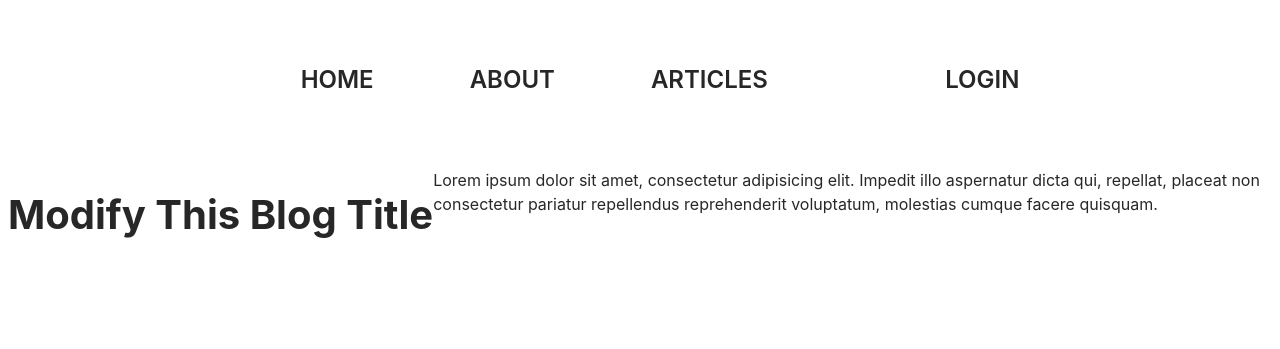
Repository: ValGrace/-static-site
Page: /home (app in client/)
An editor plug-in stored every save of this project. The page is shown before and after the next save, followed by the edit.
The browser window is 1280 px wide. The pictures show the whole page.
The project was rebuilt for these pictures with package versions that can differ from the ones it lists, and the page was loaded fresh each time. Also part of the build but not shown: client/vite.config.js, client/src/Utils/appwrite.js, client/src/Components/Inputs.css, client/src/Components/Login.jsx, client/src/Components/Signup.jsx.

Above is the page before, as saved 2023-02-05 11:40:12.

After the next save:
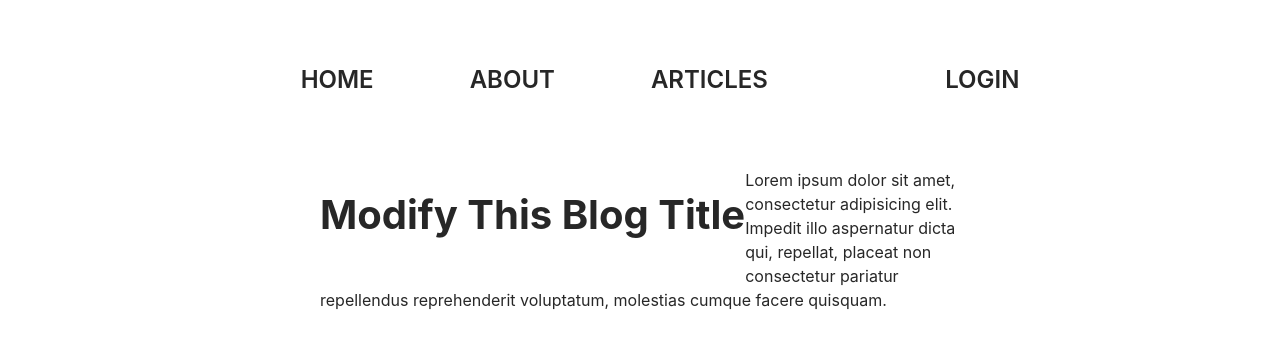
Saved 50 s later.
--- a/client/src/Components/Navbar.css
+++ b/client/src/Components/Navbar.css
@@ -17,12 +17,9 @@ nav > ul{
   flex-grow: 1;
 }
 
-/* #top-text {
-    display: flex;
-    flex-direction: row;
-    justify-content: center;
-    flex-wrap: wrap;
-} */
+#top-text {
+    width: 50vw;
+}
 
 #top-text > h2 {
     font-size: 2.5rem;
